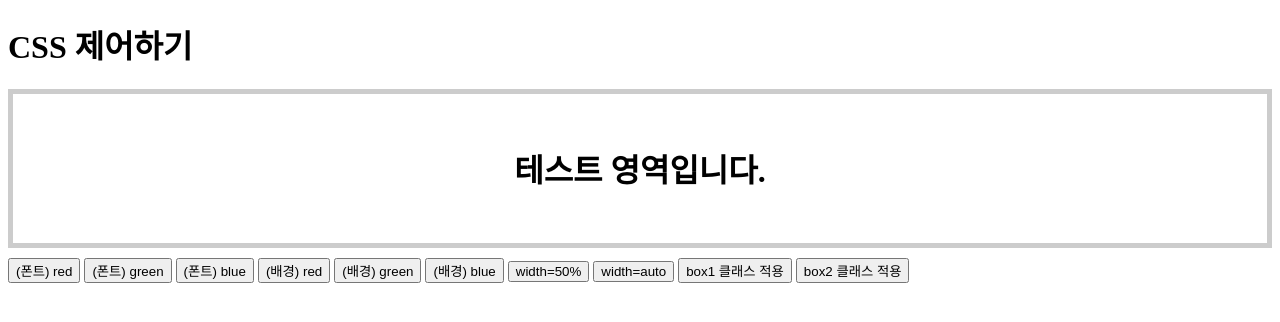
Repository: ssummini/Web
Page: jQuery/src/main/webapp/04_jQueryCSS/exam01.html
The author's editor kept a copy of each file at every save. The page is drawn from the files as they stood at one save, then again after the next save.
The browser window is 1280 px wide. The pictures show the whole page.
After loading, the first visible `#btn1` was clicked once.

Above is the page before, as saved 2024-08-23 06:45:12.
Console error: TypeError: Cannot set properties of undefined (setting 'color')

### jQuery/src/main/webapp/04_jQueryCSS/exam01.html
<!DOCTYPE html>
<html>
<head>
<meta charset="UTF-8">
<title>Insert title here</title>
<style type="text/css">
.box1 {
    margin: 10px auto;
    border: 5px solid #ccc;
    padding: 30px;
    text-align: center;
}

.box2 {
    margin: 10px auto;
    border: 10px solid #ff00ff;
    background-color: #ff0;
    padding: 25px;
    text-align: left;
}
</style>
</head>
<body>
	<h1>CSS 제어하기</h1>
	<div id="box" class="box1"><h1>테스트 영역입니다.</h1></div>

	<input type="button" id="btn1" value="(폰트) red" />
	<input type="button" id="btn2" value="(폰트) green" />
	<input type="button" id="btn3" value="(폰트) blue" />
	<input type="button" id="btn4" value="(배경) red" />
	<input type="button" id="btn5" value="(배경) green" />
	<input type="button" id="btn6" value="(배경) blue" />
	<input type="button" id="btn7" value="width=50%" />
	<input type="button" id="btn8" value="width=auto" />
	<input type="button" id="btn9" value="box1 클래스 적용" />
	<input type="button" id="btn10" value="box2 클래스 적용" />

<script type="text/javascript" src="http://code.jquery.com/jquery-3.7.1.min.js"></script>
<script type="text/javascript">
$(function () {
	$('#btn1').click(function(){
		$('#box').style.color = "red";
	});
});
</script>
</body>
</html>
<!--
스타일 지정
(1) 속성값 읽기
var 변수명 = $("요소").css("CSS 속성이름");

(2) 속성값 변경 및 추가하기
$("요소").css("속성이름", "값");

$("요소").css({
    "속성1이름": "값",
    "속성2이름": "값",
    "속성3이름": "값"
});


클래스 속성 지정
(1) CSS 클래스의 적용 여부 알기
var 변수 = $("요소").hasClass("클래스이름");

(2) 클래스의 적용과 해제
$("요소").addClass("클래스이름");
$("요소").removeClass("클래스이름");

(3) 클래스의 적용과 해제의 반복 처리
HTML 태그 요소의 CSS 클래스에 대한 적용과 해제를 자동 순환 반복
$("요소").toggleClass("클래스이름");
 -->

After the next save:
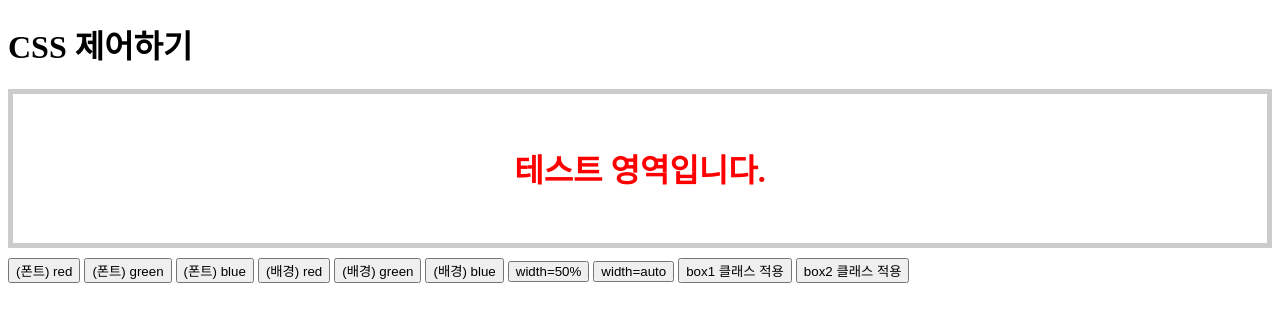
The error is gone.
Saved 14 s later.
--- a/jQuery/src/main/webapp/04_jQueryCSS/exam01.html
+++ b/jQuery/src/main/webapp/04_jQueryCSS/exam01.html
@@ -39,7 +39,7 @@
 <script type="text/javascript">
 $(function () {
 	$('#btn1').click(function(){
-		$('#box').style.color = "red";
+		$('#box').css('color', 'red');
 	});
 });
 </script>
